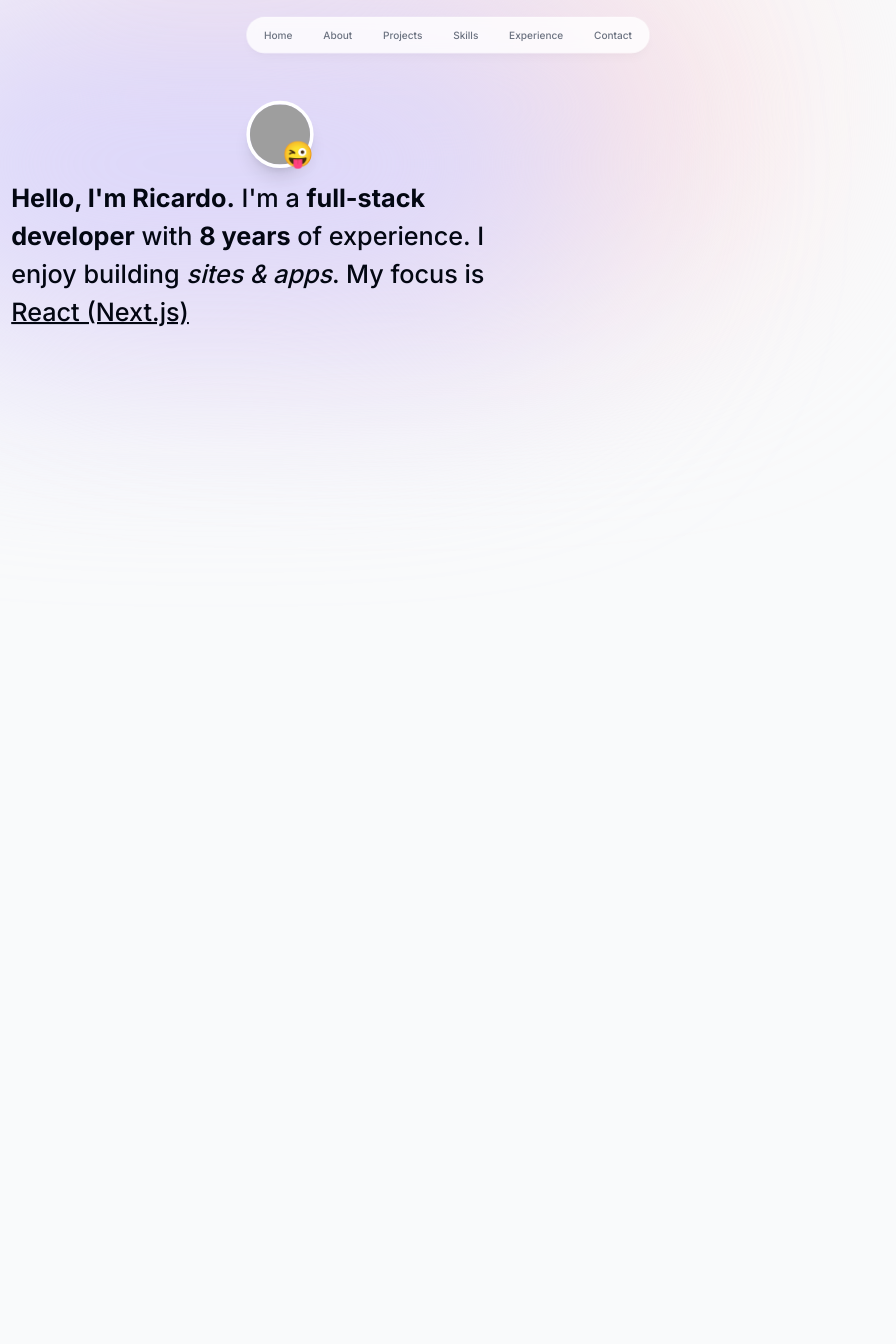
Repository: YUKIKAZE-nanoda/personal-protfolio
Page: /
An editor plug-in stored every save of this project. The page is shown before and after the next save, followed by the edit.
The browser window is 1280 px wide. The pictures show the part of the page from y = 0 to 1920 px (the page is 5000 px tall), at 70% of full size.
Pictures or frames that could not be fetched are drawn as grey boxes. The project was rebuilt for these pictures with package versions that can differ from the ones it lists, and the page was loaded fresh each time. The framework's server and built-in components were replaced by stand-ins that run in the browser. Also part of the build but not shown: next.config.js.

Above is the page before, as saved 2023-09-19 15:45:40.

### app/layout.tsx
import './globals.css'
import type { Metadata } from 'next'
import { Inter } from 'next/font/google'
import Header from '@/components/header'

const inter = Inter({ subsets: ['latin'] })

export const metadata: Metadata = {
  title: 'shigure|个人简历',
  description: '练习ts和nsxtjs',
}

export default function RootLayout({
  children,
}: {
  children: React.ReactNode
}) {
  return (
    <html lang="en">
      <body className={`${inter.className} bg-gray-50 text-gray-950 relative h-[5000px] pt-28 sm:pt-36`}>
        <div className="bg-[#fbe2e3] absolute top-[-6rem] -z-10 right-[11rem] h-[31.25rem] w-[31.25rem] rounded-full blur-[10rem] sm:w-[68.65rem]"></div>
        <div className="bg-[#dbd7fb] absolute top-[-1rem] -z-10 left-[-35rem] h-[31.25rem] w-[50rem] rounded-full blur-[10rem] sm:w-[68.65rem] md:left-[-33rem] lg:left-[-28rem] xl:left-[-15rem] 2xl:left-[-5rem]">

        </div>
        <Header/>

        {children}</body>
    </html>
  )
}

### app/page.tsx
import Intro from '@/components/intro'
import Image from 'next/image'

export default function Home() {
  return (
    <main className="">
      <Intro/>
    </main>
  )
}

### components/header.tsx
'use client'
import React from 'react'
import { motion } from "framer-motion"
import { links } from '@/lib/data'
import Link from 'next/link'
export default function Header() {
    return (
        <header className='z-[999] relative'>
            <motion.div className='fixed top-0 left-1/2  h-[4.5rem] w-full rounded-none
            border border-white border-opacity-40 bg-white  bg-opacity-80 shadow-lg
             shadow-black/[0.03] backdrop-blur-[0.5rem] sm:top-6 sm:h-[3.25rem] sm:w-[36rem] sm:rounded-full'
                initial={{ y: -100, x: "-50%", opacity: 0 }}
                animate={{ y: 0, x: "-50%", opacity: 1 }}
            >

            </motion.div>
            <nav className='flex fixed top-[0.15rem] left-1/2 h-12 -translate-x-1/2 py-2 sm:top-[1.7rem] sm:h-[initial] sm:py-0'>
                <ul className='flex w-[22rem] flex-wrap items-center justify-center  gap-y-1 text-[0.9rem] font-medium  text-gray-500 sm:w-[initial] sm:flex-nowrap sm:gap-5'>
                    {links.map(link => (
                        <motion.li key={link.hash} initial={{ y: -100, opacity: 0 }} animate={{ y: 0, opacity: 1 }} className='h-3/4 flex items-center justify-center ' >
                            <Link className="flex w-full items-center  justify-center px-3 py-3 hover:text-gray-950 transtion" href={link.hash}>
                                {link.name}
                            </Link>
                        </motion.li>
                    ))}
                </ul>
            </nav>
        </header>
    )
}

### components/intro.tsx
'use client'
import { motion } from 'framer-motion'
import Image from 'next/image'
import React from 'react'

export default function Intro() {
  return (
    <section className=' mb-28 max-w-[50rem] text'>
      <div className='flex items-center justify-center'>
        <div className='relative'>
          <motion.div initial={{ opacity: 0, scale: 0 }}
            animate={{ opacity: 1, scale: 1 }}
            transition={{ type: "tween", duration: 0.25 }}>
            <Image src="https://unsplash.com/photos/a-plate-of-peanut-butter-and-banana-slices-Mt7cBpvCpF4"
              alt='shigure'
              width="192"
              height="192"
              quality="95"
              priority={true}
              className='h-24 w-24 rounded-full object-cover border-[0.35rem] border-white shadow-xl'
            />
          </motion.div>

          <motion.span className='absolute text-4xl bottom-0 right-0'
            initial={{ opacity: 0, scale: 0 }}
            animate={{ opacity: 1, scale: 1 }}
            transition={{
              type: 'spring',
              stiffness: 125,
              delay: 0.1,
              duration: 0.7
            }}
          >
            😜
          </motion.span>
        </div>
      </div>
      <p className='mb-10 mt-4 px-4 text-2xl font-medium !leading-[1.5] sm:text-4xl '>
        <span className="font-bold">Hello, I'm Ricardo.</span> I'm a{" "}
        <span className="font-bold">full-stack developer</span> with{" "}
        <span className="font-bold">8 years</span> of experience. I enjoy
        building <span className="italic">sites & apps</span>. My focus is{" "}
        <span className="underline">React (Next.js)</span>
      </p>
    </section>
  )
}

Loaded but not shown: app/globals.css (common file); lib/data.ts (common file); tailwind.config.ts (common file)

After the next save:
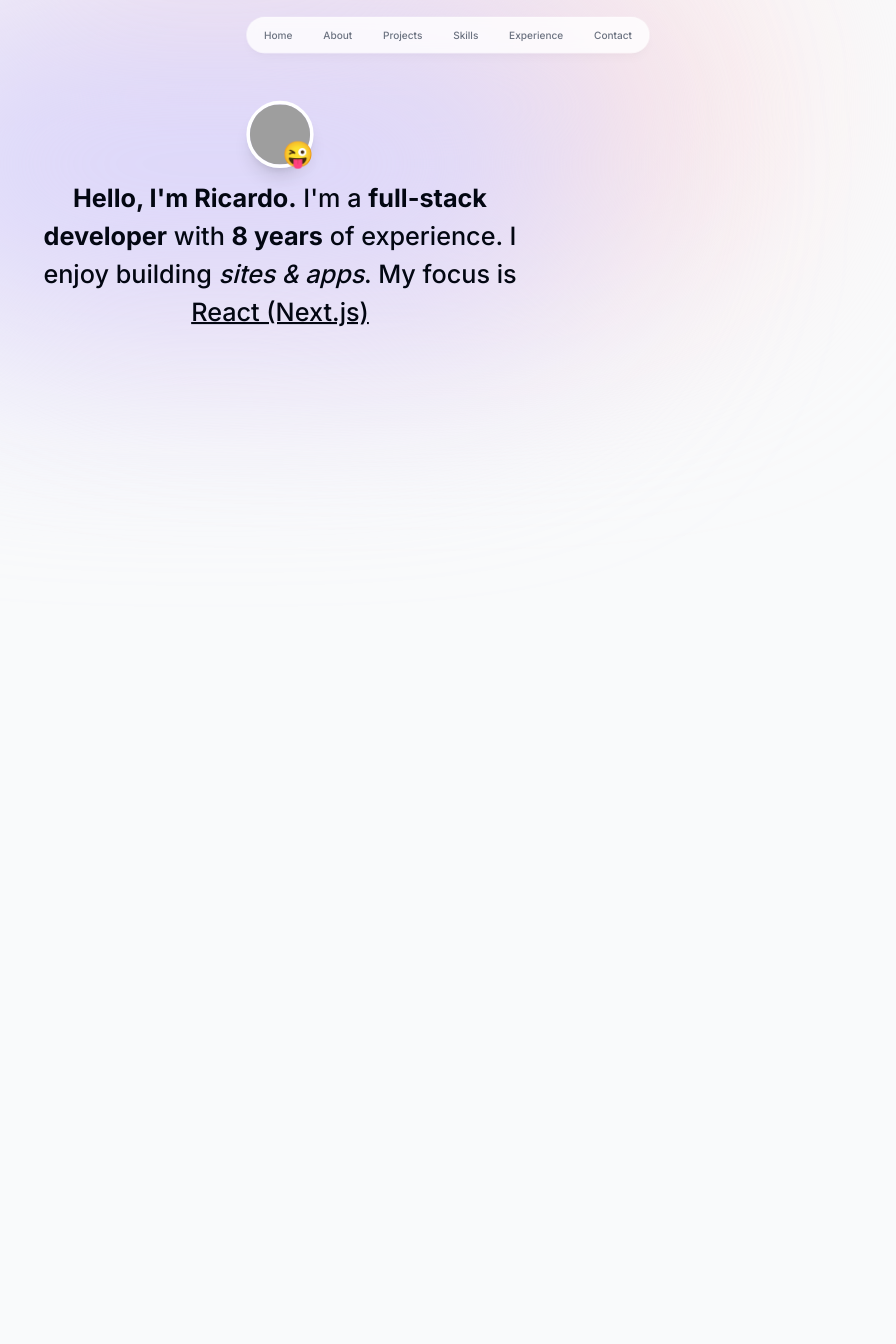
Saved 16 s later.
--- a/components/intro.tsx
+++ b/components/intro.tsx
@@ -5,7 +5,7 @@ import React from 'react'
 
 export default function Intro() {
   return (
-    <section className=' mb-28 max-w-[50rem] text'>
+    <section className=' mb-28 max-w-[50rem] text-center '>
       <div className='flex items-center justify-center'>
         <div className='relative'>
           <motion.div initial={{ opacity: 0, scale: 0 }}
